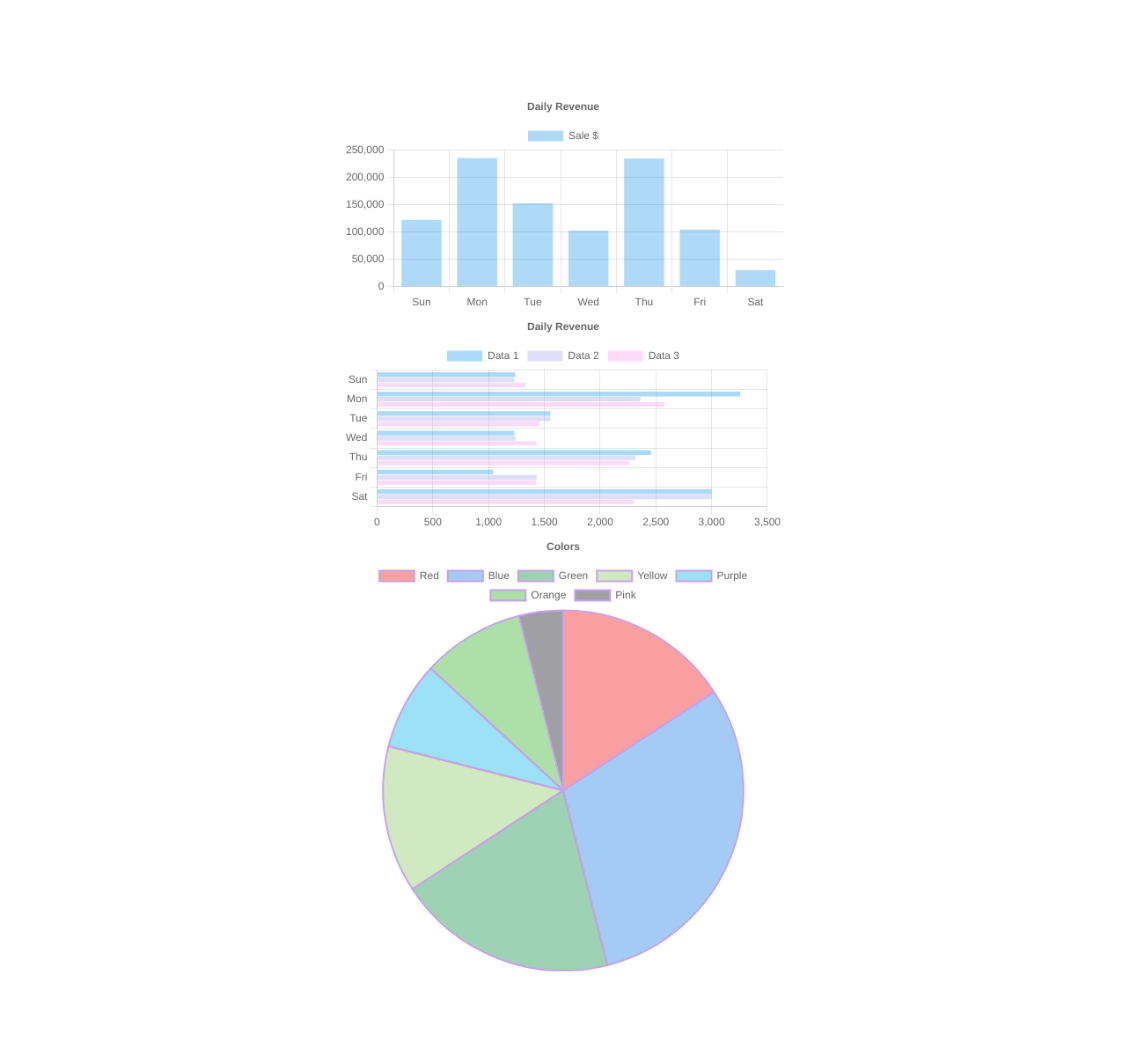
Repository: k8ANStar/exercise-5
Page: /
The author's editor kept a copy of each file at every save. The page is drawn from the files as they stood at one save, then again after a run of saves.
The browser window is 1280 px wide. The pictures show the whole page, at 88% of full size.
The project was rebuilt for these pictures with package versions that can differ from the ones it lists, and the page was loaded fresh each time. The framework's server and built-in components were replaced by stand-ins that run in the browser. Also part of the build but not shown: next.config.mjs.

Above is the page before, as saved 2024-04-15 10:44:23.

After the next 4 saves:
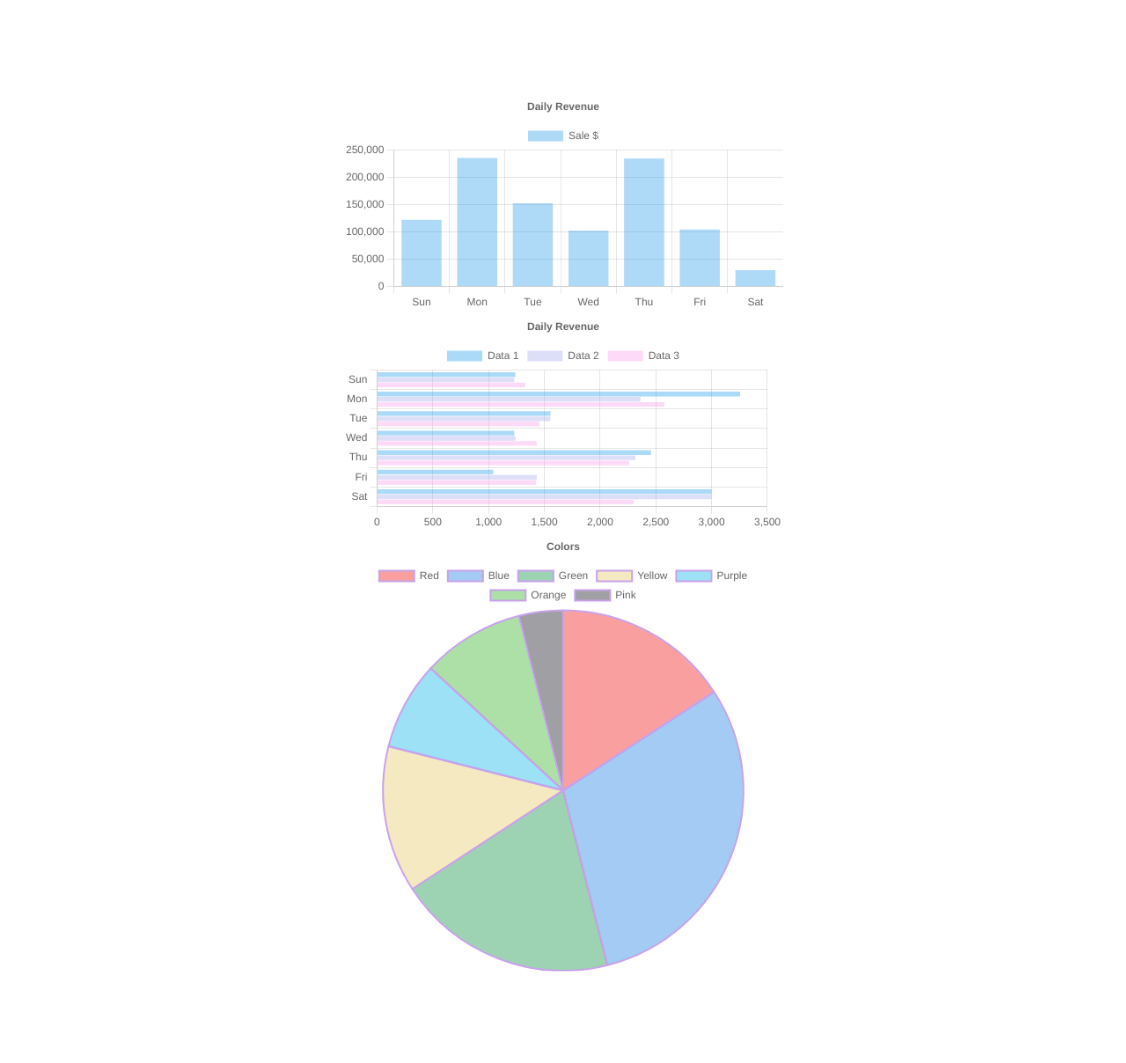
The 4 saves are shown as one change because they came seconds apart.
The last was saved 25 s later.
--- a/components/PieChart/index.js
+++ b/components/PieChart/index.js
@@ -30,7 +30,7 @@ export default function PieChart() {
 						"rgb(242, 15, 15, 0.4)",
 						"rgb(25, 126, 226, 0.4)",
 						"rgb(11, 146, 65, 0.4)",
-						"rgb(140, 200, 100, 0.4)",
+						"rgb(228, 200, 100, 0.4)",
 						"rgb(12, 180, 235, 0.4)",
 						"rgb(49, 178, 35, 0.4)",
 						"rgb(19, 16, 25, 0.4)",
